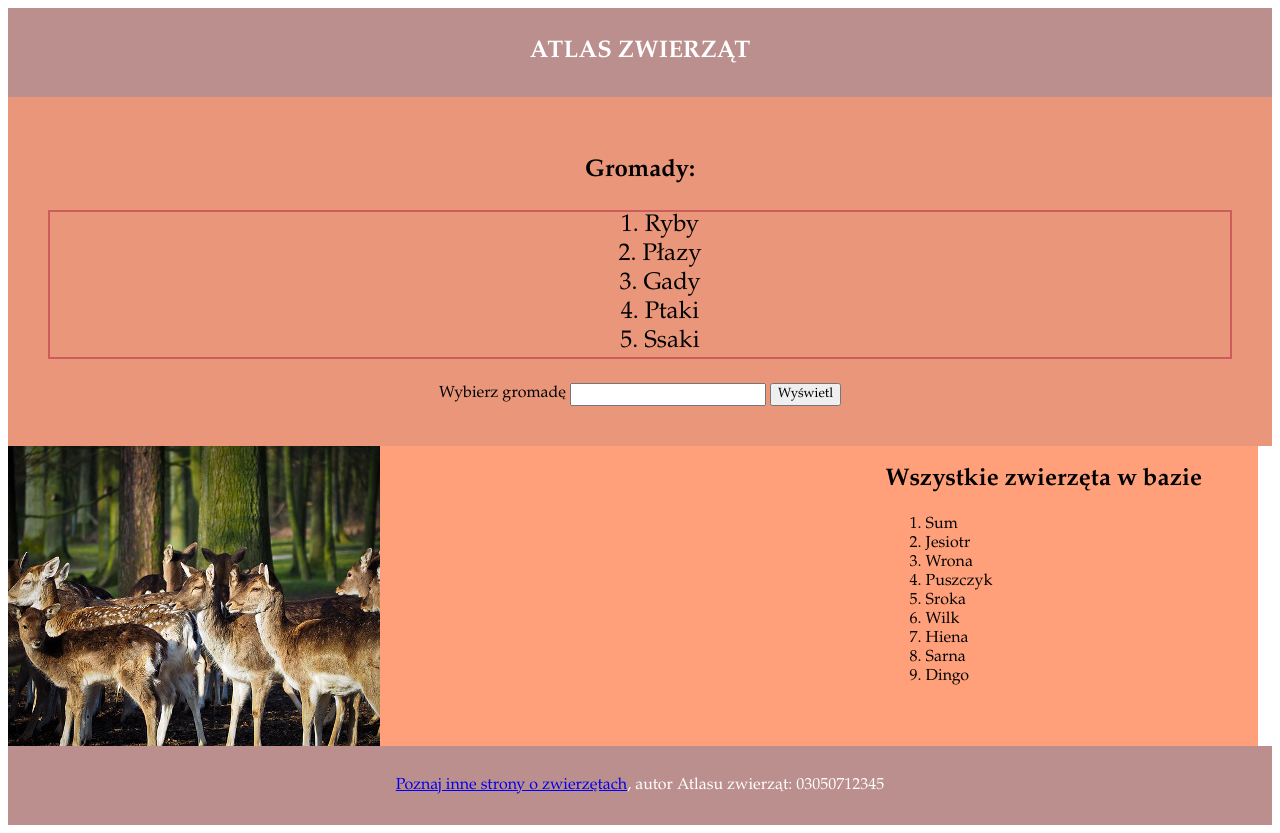
Repository: Lenerystia/HTML
Page: Zad.egz_3/index.html
These files come from the project's save history. The page is drawn as it stood at one moment and after the next save; the edit follows.
The browser window is 1280 px wide. The pictures show the whole page.

Above is the page before, as saved 2021-12-22 14:12:15.

After the next save:
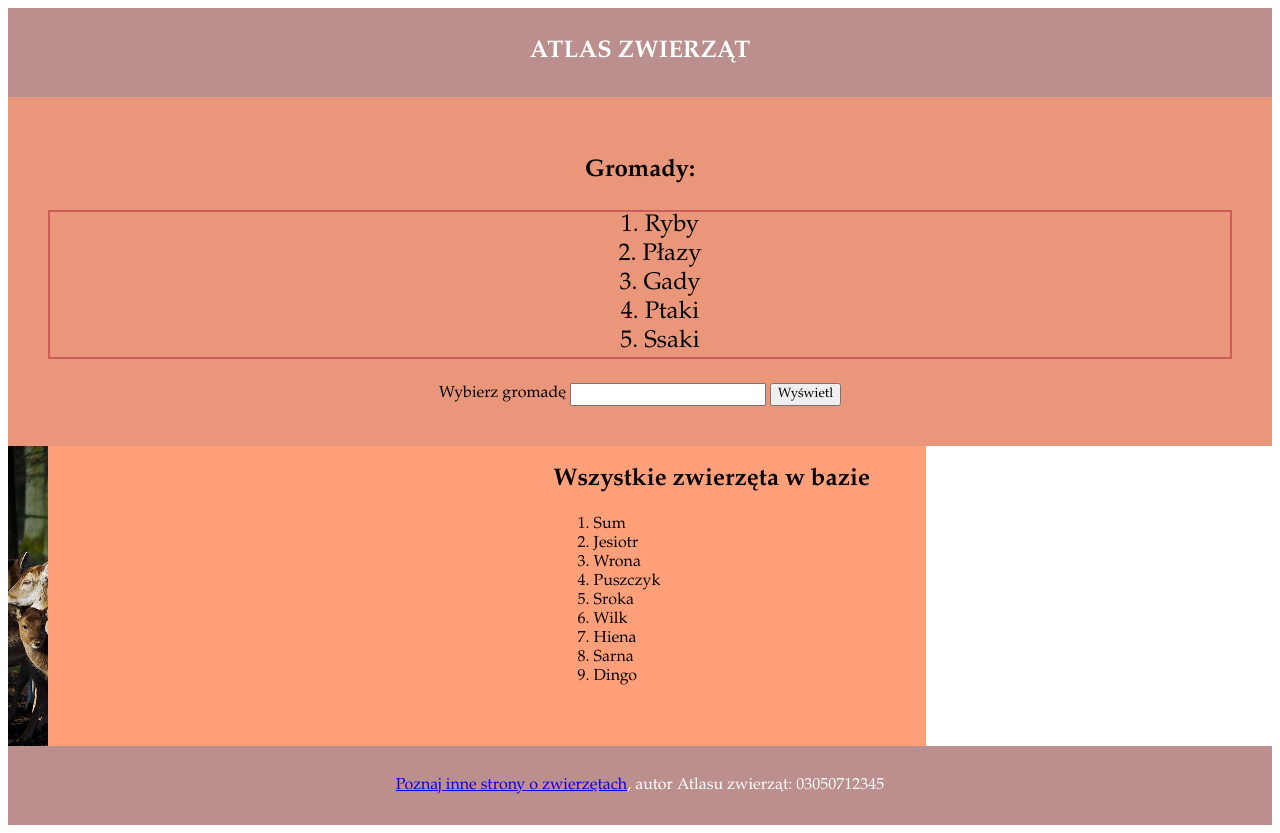
Saved 4 s later.
--- a/Zad.egz_3/styl3.css
+++ b/Zad.egz_3/styl3.css
@@ -18,7 +18,7 @@
 }
 .glownyLewy{
     float: left;
-    width: 372px;
+    width: 40px;
     height: 300px;
 }
 .glownySrodkowy{
